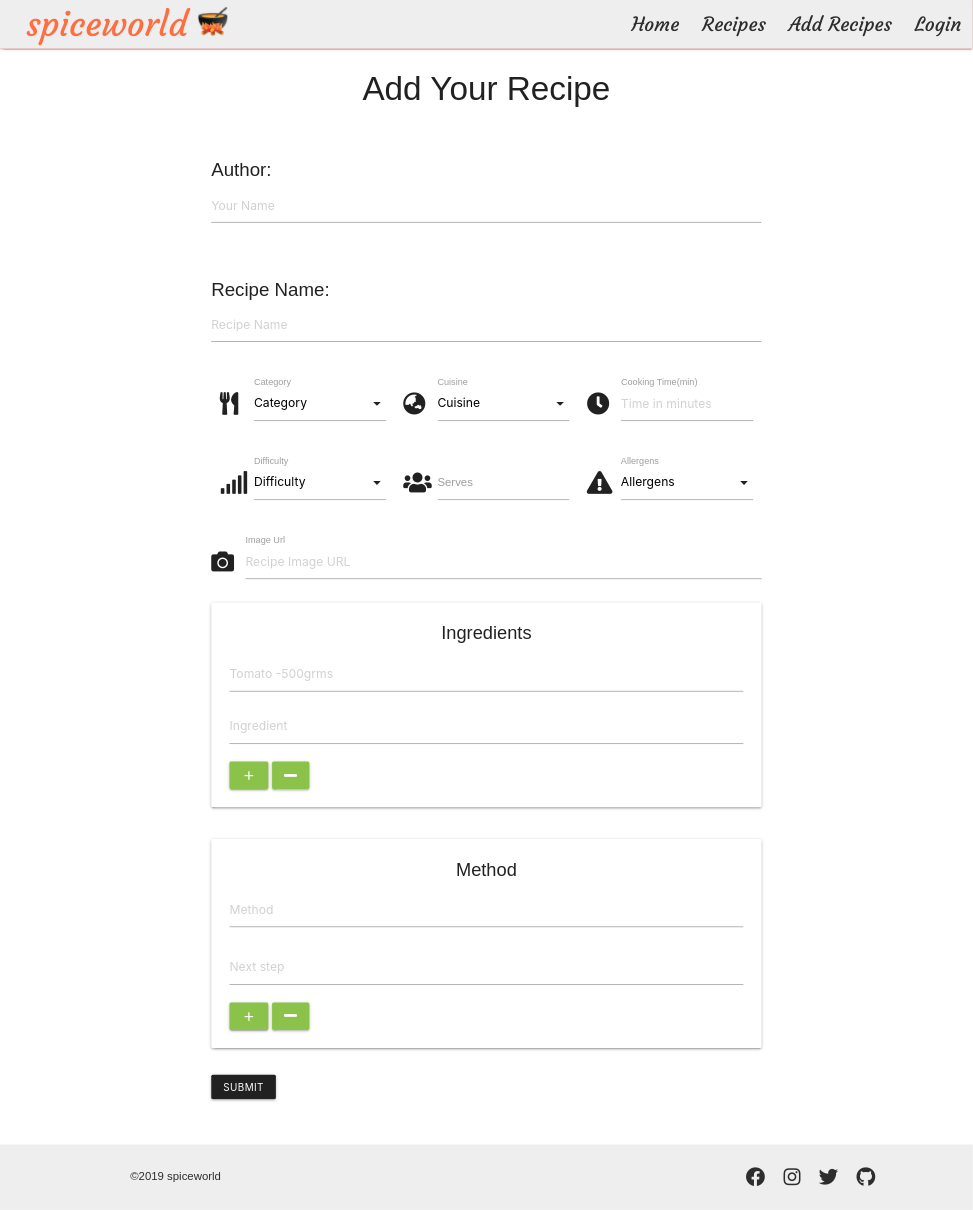
Repository: stephyraju/spiceworld
Page: http://localhost/add_recipe
The author's editor kept a record of every edit. The page is drawn from the files as they stood at one moment, then again after the next edit.
The browser window is 1280 px wide. The pictures show the whole page, at 76% of full size.
Some web libraries are served in a nearby version. The page is served by the project's application, run on Flask 3 (app.py). Queries for data that is not in the repository find no rows.

Above is the page before.

After the next edit:
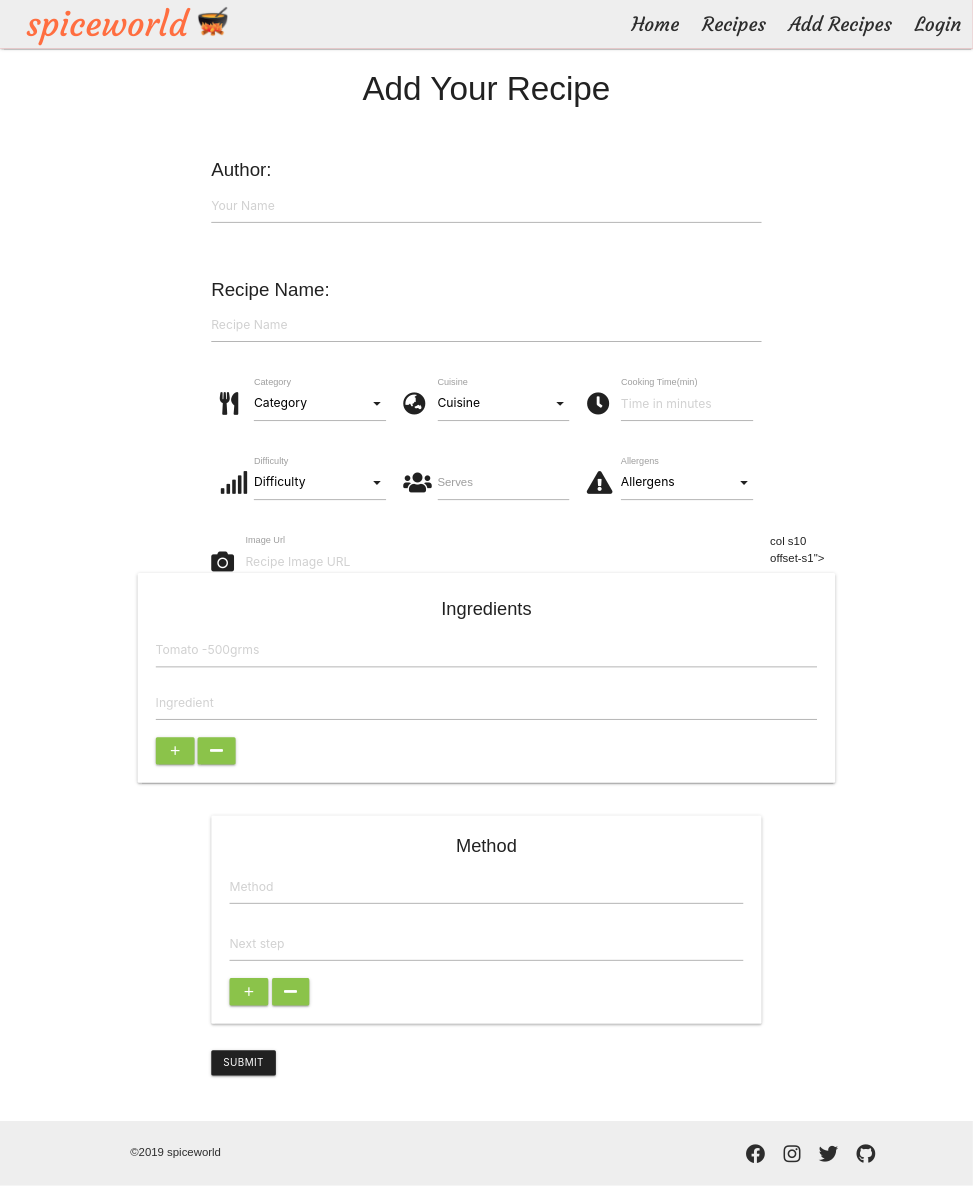
The edit:
--- a/templates/addrecipe.html
+++ b/templates/addrecipe.html
@@ -110,7 +110,8 @@
             </div>
 
             <!--Ingredients-->
-            <div class="row col s10 offset-s1">
+            <div class="row">
+            col s10 offset-s1">
 
                 <div class="card background">
                     <div class="card-content">
